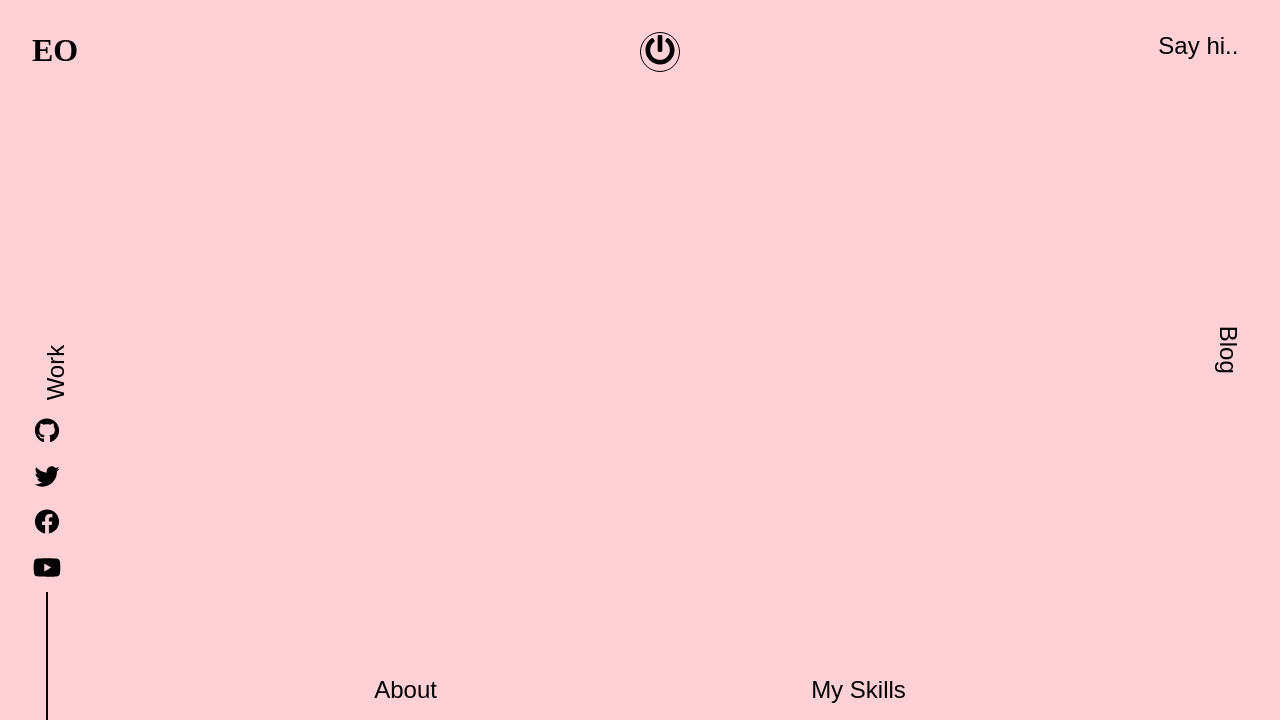
Repository: Deonorla/deon-dev
Page: /main
An editor plug-in stored every save of this project. The page is shown before and after the next save, followed by the edit.
The browser window is 1280 px wide. The pictures show the whole page.
The project was rebuilt for these pictures with package versions that can differ from the ones it lists, and the page was loaded fresh each time. The framework's server and built-in components were replaced by stand-ins that run in the browser. Also part of the build but not shown: next.config.ts.

Above is the page before, as saved 2025-05-28 13:58:52.

### src/app/layout.tsx
import ClientRootLayout from "./ClientRootLayout";
export const metadata = {
  title: "Deon",
  description: "Deon's personal portfolio website",
};

export default function RootLayout({
  children,
}: {
  children: React.ReactNode;
}) {
  return <ClientRootLayout>{children}</ClientRootLayout>;
}

### src/app/main/page.tsx
"use client";

import PowerButton from "@/components/Button/PowerButton";
import LogoComponent from "@/components/Minor/Logo";
import Socials from "@/components/Minor/Socials";
import Link from "next/link";
import styled from "styled-components";

const MainContainer = styled.div`
  background: ${(props) => props.theme.body};
  width: 100vw;
  height: 100vh;
  overflow: hidden;
  position: relative;

  h2,
  h3,
  h4,
  h5,
  h6 {
    font-family: "Karla", sans-serif;
    font-weight: 500;
  }
`;

const Container = styled.div`
  padding: 2rem;
`;

const Contact = styled(Link)`
  color: ${(props) => props.theme.text};
  position: absolute;
  top: 2rem;

  right: calc(1rem + 2vw);
  text-decoration: none;
  z-index: 1;
`;
const Blog = styled(Link)`
  color: ${(props) => props.theme.text};
  position: absolute;
  top: 50%;
  transform: rotate(90deg) translate(-50%, -50%);
  right: calc(1rem + 2vw);
  text-decoration: none;
  z-index: 1;
`;
const Work = styled(Link)`
  color: ${(props) => props.theme.text};
  position: absolute;
  top: 46%;
  transform: rotate(-90deg) translate(-50%, -50%);
  left: calc(1rem + 2vw);
  text-decoration: none;
  z-index: 1;
`;
const BottomBar = styled.div`
  position: absolute;
  bottom: 1rem;
  left: 0;
  right: 0;
  width: 100%;

  display: flex;
  justify-content: space-evenly;
`;
const About = styled(Link)`
  color: ${(props) => props.theme.text};
  text-decoration: none;
  z-index: 1;
`;
const Skills = styled(Link)`
  color: ${(props) => props.theme.text};
  text-decoration: none;
  z-index: 1;
`;

const Main = () => {
  return (
    <MainContainer>
      <Container>
        <PowerButton />
        <LogoComponent />
        <Socials />
        <Contact target="_blank" href="mailto:deonoluleye@gmail.com">
          <h2>Say hi..</h2>
        </Contact>
        <Blog href="/blog">
          <h2>Blog</h2>
        </Blog>
        <Work href="/work">
          <h2>Work</h2>
        </Work>
        <BottomBar>
          <About href="/about">
            <h2>About</h2>
          </About>
          <Skills href="/Skills">
            <h2>My Skills</h2>
          </Skills>
        </BottomBar>
      </Container>
    </MainContainer>
  );
};

export default Main;

### src/app/ClientRootLayout.tsx
"use client";

import { Geist, Geist_Mono } from "next/font/google";
import { ThemeProvider } from "styled-components";
import GlobalStyle from "./globalStyles";
import "../../node_modules/normalize.css";
import { lightTheme } from "@/components/Minor/theme/Themes";

const geistSans = Geist({
  variable: "--font-geist-sans",
  subsets: ["latin"],
});

const geistMono = Geist_Mono({
  variable: "--font-geist-mono",
  subsets: ["latin"],
});

export default function ClientRootLayout({
  children,
}: {
  children: React.ReactNode;
}) {
  return (
    <html lang="en">
      <body>
        <ThemeProvider theme={lightTheme}>
          <GlobalStyle />
          {children}
        </ThemeProvider>
      </body>
    </html>
  );
}

### src/components/Button/PowerButton/index.tsx
"use client";
import { PowerBtn } from "@/components/Minor/SvgPack/AllSvgs";
import Image from "next/image";
import Link from "next/link";
import styled from "styled-components";

const Power = styled.button`
  position: fixed;
  top: 2rem;
  left: 50%;
  transform: translateX(-50%, 0);

  background-color: #ffd0d5;
  padding: 0.3rem;
  border-radius: 50%;
  border: 1px solid #000;
  width: 2.5rem;
  height: 2.5rem;

  display: flex;
  justify-content: center;
  align-items: center;
  z-index: 3;

  cursor: pointer;

  &:hover {
    background-color: rgba(0, 255, 0, 0.4);
    box-shadow: 0 0 8px 6px rgba(0, 255, 0, 0.2);
  }

  & > *:first-child {
    text-decoration: none;
    color: inherit;
  }
`;

const PowerButton = () => {
  return (
    <Power>
      <Link href="/">
        <PowerBtn width={30} height={30} fill="currentColor" />
      </Link>
    </Power>
  );
};

export default PowerButton;

### src/components/Minor/Logo/index.tsx
import React from "react";
import styled from "styled-components";

const Logo = styled.h1`
  display: inline-block;
  color: ${(prop) => prop.theme.text};
  font-family: "pacifico", cursive;

  position: fixed;
  left: 2rem;
  top: 2rem;
  z-index: 3;
`;

const LogoComponent = () => {
  return (
    <div>
      <Logo>EO</Logo>
    </div>
  );
};

export default LogoComponent;

### src/components/Minor/Socials/index.tsx
import Link from "next/link";
import React from "react";
import styled from "styled-components";
import { Facebook, Github, Twitter, YouTube } from "../SvgPack/AllSvgs";

const Icons = styled.div`
  display: flex;
  flex-direction: column;
  align-items: center;

  position: fixed;
  bottom: 0;
  left: 2rem;

  z-index: 3;

  & > *:not(:last-child) {
    margin: 0.5rem 0;
  }
`;

const Line = styled.span`
  width: 2px;
  height: 8rem;
  background-color: ${(props) => props.theme.text};
`;

const Socials = () => {
  return (
    <Icons>
      <div>
        <Link
          style={{ color: "inherit" }}
          target="_blank"
          href="https://github.com/deonorla"
        >
          <Github width={30} height={25} fill="currentColor" />
        </Link>
      </div>
      <div>
        <Link
          style={{ color: "inherit" }}
          target="_blank"
          href="https://x.com/DeonAtricks"
        >
          <Twitter width={30} height={25} fill="currentColor" />
        </Link>
      </div>
      <div>
        <Link style={{ color: "inherit" }} target="_blank" href="https://">
          <Facebook width={30} height={25} fill="currentColor" />
        </Link>
      </div>
      <div>
        <Link style={{ color: "inherit" }} target="_blank" href="https://">
          <YouTube width={30} height={25} fill="currentColor" />
        </Link>
      </div>
      <Line />
    </Icons>
  );
};

export default Socials;

### src/app/globalStyles.ts
import { createGlobalStyle } from "styled-components";

const GlobalStyle = createGlobalStyle`

*,*::before,*::after, h1, h2, h3, h4, h5, h6 {
  margin: 0;
  padding: 0;
}

h1, h2, h3, h4, h5, h6 {
display: inline-block;
}

body {
    margin: 0;
    padding: 0;
    overflow-x: hidden;
    font-family: "Source Sans Pro", sans-serif;
 }
`;

export default GlobalStyle;

### src/components/Minor/theme/Themes.ts
export interface MyTheme {
  body: string;
  text: string;
  fontFamily: string;
  bodyRgba: string;
  textRgba: string;
}

export const lightTheme = {
  body: "#FFD0D5",
  text: "#000000",
  fontFamily: "'Source Sans Pro', sans-serif",
  bodyRgba: "252, 246, 244",
  textRgba: "0,0,0",
};

export const darkTheme = {
  body: "#000000",
  text: "#FFD0D5",
  fontFamily: "'Source Sans Pro', sans-serif",
  bodyRgba: "0,0,0",
  textRgba: "252, 246, 244",
};

### src/components/Minor/SvgPack/AllSvgs.tsx
// components/PowerBtn.tsx
import React from "react";

interface Props extends React.SVGProps<SVGSVGElement> {
  fill?: string;
}

export const PowerBtn: React.FC<Props> = (props) => {
  return (
    <svg
      aria-hidden="true"
      data-prefix="fas"
      data-icon="power-off"
      className="svg-inline--fa fa-power-off fa-w-16"
      xmlns="http://www.w3.org/2000/svg"
      viewBox="0 0 512 512"
      {...props}
    >
      <path
        fill={props.fill || "currentColor"}
        d="M400 54.1c63 45 104 118.6 104 201.9 0 136.8-110.8 247.7-247.5 248C120 504.3 8.2 393 8 256.4 7.9 173.1 48.9 99.3 111.8 54.2c11.7-8.3 28-4.8 35 7.7L162.6 90c5.9 10.5 3.1 23.8-6.6 31-41.5 30.8-68 79.6-68 134.9-.1 92.3 74.5 168.1 168 168.1 91.6 0 168.6-74.2 168-169.1-.3-51.8-24.7-101.8-68.1-134-9.7-7.2-12.4-20.5-6.5-30.9l15.8-28.1c7-12.4 23.2-16.1 34.8-7.8zM296 264V24c0-13.3-10.7-24-24-24h-32c-13.3 0-24 10.7-24 24v240c0 13.3 10.7 24 24 24h32c13.3 0 24-10.7 24-24z"
      />
    </svg>
  );
};

export const Github: React.FC<Props> = (props) => {
  return (
    <svg
      aria-hidden="true"
      data-prefix="fab"
      data-icon="github"
      className="prefix__svg-inline--fa prefix__fa-github prefix__fa-w-16"
      xmlns="http://www.w3.org/2000/svg"
      viewBox="0 0 496 512"
      {...props}
    >
      <path
        fill={props.fill}
        d="M165.9 397.4c0 2-2.3 3.6-5.2 3.6-3.3.3-5.6-1.3-5.6-3.6 0-2 2.3-3.6 5.2-3.6 3-.3 5.6 1.3 5.6 3.6zm-31.1-4.5c-.7 2 1.3 4.3 4.3 4.9 2.6 1 5.6 0 6.2-2s-1.3-4.3-4.3-5.2c-2.6-.7-5.5.3-6.2 2.3zm44.2-1.7c-2.9.7-4.9 2.6-4.6 4.9.3 2 2.9 3.3 5.9 2.6 2.9-.7 4.9-2.6 4.6-4.6-.3-1.9-3-3.2-5.9-2.9zM244.8 8C106.1 8 0 113.3 0 252c0 110.9 69.8 205.8 169.5 239.2 12.8 2.3 17.3-5.6 17.3-12.1 0-6.2-.3-40.4-.3-61.4 0 0-70 15-84.7-29.8 0 0-11.4-29.1-27.8-36.6 0 0-22.9-15.7 1.6-15.4 0 0 24.9 2 38.6 25.8 21.9 38.6 58.6 27.5 72.9 20.9 2.3-16 8.8-27.1 16-33.7-55.9-6.2-112.3-14.3-112.3-110.5 0-27.5 7.6-41.3 23.6-58.9-2.6-6.5-11.1-33.3 2.6-67.9 20.9-6.5 69 27 69 27 20-5.6 41.5-8.5 62.8-8.5s42.8 2.9 62.8 8.5c0 0 48.1-33.6 69-27 13.7 34.7 5.2 61.4 2.6 67.9 16 17.7 25.8 31.5 25.8 58.9 0 96.5-58.9 104.2-114.8 110.5 9.2 7.9 17 22.9 17 46.4 0 33.7-.3 75.4-.3 83.6 0 6.5 4.6 14.4 17.3 12.1C428.2 457.8 496 362.9 496 252 496 113.3 383.5 8 244.8 8zM97.2 352.9c-1.3 1-1 3.3.7 5.2 1.6 1.6 3.9 2.3 5.2 1 1.3-1 1-3.3-.7-5.2-1.6-1.6-3.9-2.3-5.2-1zm-10.8-8.1c-.7 1.3.3 2.9 2.3 3.9 1.6 1 3.6.7 4.3-.7.7-1.3-.3-2.9-2.3-3.9-2-.6-3.6-.3-4.3.7zm32.4 35.6c-1.6 1.3-1 4.3 1.3 6.2 2.3 2.3 5.2 2.6 6.5 1 1.3-1.3.7-4.3-1.3-6.2-2.2-2.3-5.2-2.6-6.5-1zm-11.4-14.7c-1.6 1-1.6 3.6 0 5.9 1.6 2.3 4.3 3.3 5.6 2.3 1.6-1.3 1.6-3.9 0-6.2-1.4-2.3-4-3.3-5.6-2z"
      />
    </svg>
  );
};

export const Twitter: React.FC<Props> = (props) => {
  return (
    <svg
      aria-hidden="true"
      data-prefix="fab"
      data-icon="twitter"
      className="prefix__svg-inline--fa prefix__fa-twitter prefix__fa-w-16"
      xmlns="http://www.w3.org/2000/svg"
      viewBox="0 0 512 512"
      {...props}
    >
      <path
        fill={props.fill}
        d="M459.37 151.716c.325 4.548.325 9.097.325 13.645 0 138.72-105.583 298.558-298.558 298.558-59.452 0-114.68-17.219-161.137-47.106 8.447.974 16.568 1.299 25.34 1.299 49.055 0 94.213-16.568 130.274-44.832-46.132-.975-84.792-31.188-98.112-72.772 6.498.974 12.995 1.624 19.818 1.624 9.421 0 18.843-1.3 27.614-3.573-48.081-9.747-84.143-51.98-84.143-102.985v-1.299c13.969 7.797 30.214 12.67 47.431 13.319-28.264-18.843-46.781-51.005-46.781-87.391 0-19.492 5.197-37.36 14.294-52.954 51.655 63.675 129.3 105.258 216.365 109.807-1.624-7.797-2.599-15.918-2.599-24.04 0-57.828 46.782-104.934 104.934-104.934 30.213 0 57.502 12.67 76.67 33.137 23.715-4.548 46.456-13.32 66.599-25.34-7.798 24.366-24.366 44.833-46.132 57.827 21.117-2.273 41.584-8.122 60.426-16.243-14.292 20.791-32.161 39.308-52.628 54.253z"
      />
    </svg>
  );
};

export const Facebook: React.FC<Props> = (props) => {
  return (
    <svg
      aria-hidden="true"
      data-prefix="fab"
      data-icon="facebook"
      className="prefix__svg-inline--fa prefix__fa-facebook prefix__fa-w-16"
      xmlns="http://www.w3.org/2000/svg"
      viewBox="0 0 512 512"
      {...props}
    >
      <path
        fill={props.fill}
        d="M504 256C504 119 393 8 256 8S8 119 8 256c0 123.78 90.69 226.38 209.25 245V327.69h-63V256h63v-54.64c0-62.15 37-96.48 93.67-96.48 27.14 0 55.52 4.84 55.52 4.84v61h-31.28c-30.8 0-40.41 19.12-40.41 38.73V256h68.78l-11 71.69h-57.78V501C413.31 482.38 504 379.78 504 256z"
      />
    </svg>
  );
};

export const YouTube: React.FC<Props> = (props) => {
  return (
    <svg
      aria-hidden="true"
      data-prefix="fab"
      data-icon="youtube"
      className="prefix__svg-inline--fa prefix__fa-youtube prefix__fa-w-18"
      xmlns="http://www.w3.org/2000/svg"
      viewBox="0 0 576 512"
      {...props}
    >
      <path
        fill={props.fill}
        d="M549.655 124.083c-6.281-23.65-24.787-42.276-48.284-48.597C458.781 64 288 64 288 64S117.22 64 74.629 75.486c-23.497 6.322-42.003 24.947-48.284 48.597-11.412 42.867-11.412 132.305-11.412 132.305s0 89.438 11.412 132.305c6.281 23.65 24.787 41.5 48.284 47.821C117.22 448 288 448 288 448s170.78 0 213.371-11.486c23.497-6.321 42.003-24.171 48.284-47.821 11.412-42.867 11.412-132.305 11.412-132.305s0-89.438-11.412-132.305zm-317.51 213.508V175.185l142.739 81.205-142.739 81.201z"
      />
    </svg>
  );
};

export const YinYang: React.FC<Props> = (props) => {
  return (
    <svg
      aria-hidden="true"
      data-prefix="fas"
      data-icon="yin-yang"
      className="prefix__svg-inline--fa prefix__fa-yin-yang prefix__fa-w-16"
      xmlns="http://www.w3.org/2000/svg"
      viewBox="0 0 496 512"
      {...props}
    >
      <path
        fill={props.fill}
        d="M248 8C111.03 8 0 119.03 0 256s111.03 248 248 248 248-111.03 248-248S384.97 8 248 8zm0 376c-17.67 0-32-14.33-32-32s14.33-32 32-32 32 14.33 32 32-14.33 32-32 32zm0-128c-53.02 0-96 42.98-96 96s42.98 96 96 96c-106.04 0-192-85.96-192-192S141.96 64 248 64c53.02 0 96 42.98 96 96s-42.98 96-96 96zm0-128c-17.67 0-32 14.33-32 32s14.33 32 32 32 32-14.33 32-32-14.33-32-32-32z"
      />
    </svg>
  );
};

export const Anchor: React.FC<Props> = (props) => {
  return (
    <svg
      aria-hidden="true"
      data-prefix="fas"
      data-icon="anchor"
      className="prefix__svg-inline--fa prefix__fa-anchor prefix__fa-w-18"
      xmlns="http://www.w3.org/2000/svg"
      viewBox="0 0 576 512"
      {...props}
    >
      <path
        fill={props.fill}
        d="M12.971 352h32.394C67.172 454.735 181.944 512 288 512c106.229 0 220.853-57.38 242.635-160h32.394c10.691 0 16.045-12.926 8.485-20.485l-67.029-67.029c-4.686-4.686-12.284-4.686-16.971 0l-67.029 67.029c-7.56 7.56-2.206 20.485 8.485 20.485h35.146c-20.29 54.317-84.963 86.588-144.117 94.015V256h52c6.627 0 12-5.373 12-12v-40c0-6.627-5.373-12-12-12h-52v-5.47c37.281-13.178 63.995-48.725 64-90.518C384.005 43.772 341.605.738 289.37.01 235.723-.739 192 42.525 192 96c0 41.798 26.716 77.35 64 90.53V192h-52c-6.627 0-12 5.373-12 12v40c0 6.627 5.373 12 12 12h52v190.015c-58.936-7.399-123.82-39.679-144.117-94.015h35.146c10.691 0 16.045-12.926 8.485-20.485l-67.029-67.029c-4.686-4.686-12.284-4.686-16.971 0L4.485 331.515C-3.074 339.074 2.28 352 12.971 352zM288 64c17.645 0 32 14.355 32 32s-14.355 32-32 32-32-14.355-32-32 14.355-32 32-32z"
      />
    </svg>
  );
};

export const Link: React.FC<Props> = (props) => {
  return (
    <svg
      aria-hidden="true"
      data-prefix="fas"
      data-icon="link"
      className="prefix__svg-inline--fa prefix__fa-link prefix__fa-w-16"
      xmlns="http://www.w3.org/2000/svg"
      viewBox="0 0 512 512"
      {...props}
    >
      <path
        fill={props.fill}
        d="M326.612 185.391c59.747 59.809 58.927 155.698.36 214.59-.11.12-.24.25-.36.37l-67.2 67.2c-59.27 59.27-155.699 59.262-214.96 0-59.27-59.26-59.27-155.7 0-214.96l37.106-37.106c9.84-9.84 26.786-3.3 27.294 10.606.648 17.722 3.826 35.527 9.69 52.721 1.986 5.822.567 12.262-3.783 16.612l-13.087 13.087c-28.026 28.026-28.905 73.66-1.155 101.96 28.024 28.579 74.086 28.749 102.325.51l67.2-67.19c28.191-28.191 28.073-73.757 0-101.83-3.701-3.694-7.429-6.564-10.341-8.569a16.037 16.037 0 01-6.947-12.606c-.396-10.567 3.348-21.456 11.698-29.806l21.054-21.055c5.521-5.521 14.182-6.199 20.584-1.731a152.482 152.482 0 0120.522 17.197zM467.547 44.449c-59.261-59.262-155.69-59.27-214.96 0l-67.2 67.2c-.12.12-.25.25-.36.37-58.566 58.892-59.387 154.781.36 214.59a152.454 152.454 0 0020.521 17.196c6.402 4.468 15.064 3.789 20.584-1.731l21.054-21.055c8.35-8.35 12.094-19.239 11.698-29.806a16.037 16.037 0 00-6.947-12.606c-2.912-2.005-6.64-4.875-10.341-8.569-28.073-28.073-28.191-73.639 0-101.83l67.2-67.19c28.239-28.239 74.3-28.069 102.325.51 27.75 28.3 26.872 73.934-1.155 101.96l-13.087 13.087c-4.35 4.35-5.769 10.79-3.783 16.612 5.864 17.194 9.042 34.999 9.69 52.721.509 13.906 17.454 20.446 27.294 10.606l37.106-37.106c59.271-59.259 59.271-155.699.001-214.959z"
      />
    </svg>
  );
};

export const Design: React.FC<Props> = (props) => {
  return (
    <svg
      aria-hidden="true"
      data-prefix="fas"
      data-icon="palette"
      className="prefix__svg-inline--fa prefix__fa-palette prefix__fa-w-16"
      xmlns="http://www.w3.org/2000/svg"
      viewBox="0 0 512 512"
      {...props}
    >
      <path
        fill={props.fill}
        d="M204.3 5C104.9 24.4 24.8 104.3 5.2 203.4c-37 187 131.7 326.4 258.8 306.7 41.2-6.4 61.4-54.6 42.5-91.7-23.1-45.4 9.9-98.4 60.9-98.4h79.7c35.8 0 64.8-29.6 64.9-65.3C511.5 97.1 368.1-26.9 204.3 5zM96 320c-17.7 0-32-14.3-32-32s14.3-32 32-32 32 14.3 32 32-14.3 32-32 32zm32-128c-17.7 0-32-14.3-32-32s14.3-32 32-32 32 14.3 32 32-14.3 32-32 32zm128-64c-17.7 0-32-14.3-32-32s14.3-32 32-32 32 14.3 32 32-14.3 32-32 32zm128 64c-17.7 0-32-14.3-32-32s14.3-32 32-32 32 14.3 32 32-14.3 32-32 32z"
      />
    </svg>
  );
};

export const Developer: React.FC<Props> = (props) => {
  return (
    <svg
      aria-hidden="true"
      data-prefix="fas"
      data-icon="laptop-code"
      className="prefix__svg-inline--fa prefix__fa-laptop-code prefix__fa-w-20"
      xmlns="http://www.w3.org/2000/svg"
      viewBox="0 0 640 512"
      {...props}
    >
      <path
        fill={props.fill}
        d="M255.03 261.65c6.25 6.25 16.38 6.25 22.63 0l11.31-11.31c6.25-6.25 6.25-16.38 0-22.63L253.25 192l35.71-35.72c6.25-6.25 6.25-16.38 0-22.63l-11.31-11.31c-6.25-6.25-16.38-6.25-22.63 0l-58.34 58.34c-6.25 6.25-6.25 16.38 0 22.63l58.35 58.34zm96.01-11.3l11.31 11.31c6.25 6.25 16.38 6.25 22.63 0l58.34-58.34c6.25-6.25 6.25-16.38 0-22.63l-58.34-58.34c-6.25-6.25-16.38-6.25-22.63 0l-11.31 11.31c-6.25 6.25-6.25 16.38 0 22.63L386.75 192l-35.71 35.72c-6.25 6.25-6.25 16.38 0 22.63zM624 416H381.54c-.74 19.81-14.71 32-32.74 32H288c-18.69 0-33.02-17.47-32.77-32H16c-8.8 0-16 7.2-16 16v16c0 35.2 28.8 64 64 64h512c35.2 0 64-28.8 64-64v-16c0-8.8-7.2-16-16-16zM576 48c0-26.4-21.6-48-48-48H112C85.6 0 64 21.6 64 48v336h512V48zm-64 272H128V64h384v256z"
      />
    </svg>
  );
};

After the next save:
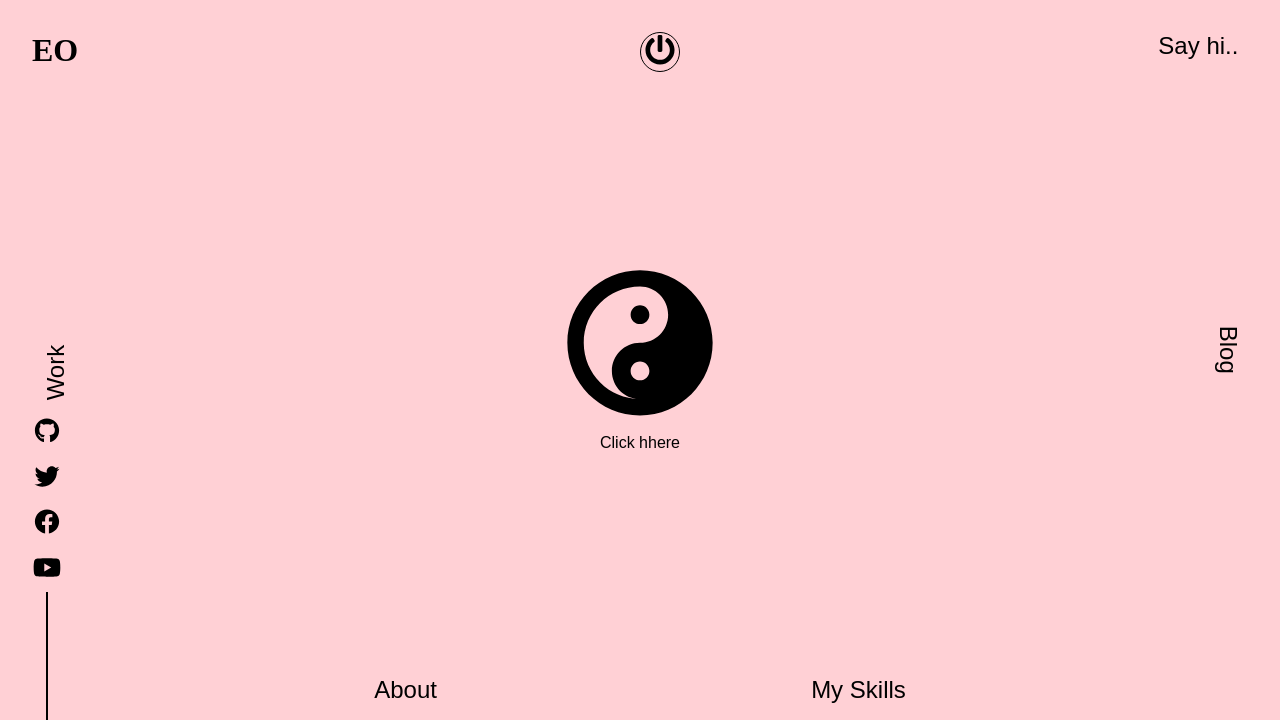
Saved 4 min 27 s later.
--- a/src/app/main/page.tsx
+++ b/src/app/main/page.tsx
@@ -3,6 +3,7 @@
 import PowerButton from "@/components/Button/PowerButton";
 import LogoComponent from "@/components/Minor/Logo";
 import Socials from "@/components/Minor/Socials";
+import { YinYang } from "@/components/Minor/SvgPack/AllSvgs";
 import Link from "next/link";
 import styled from "styled-components";
 
@@ -75,6 +76,26 @@
   z-index: 1;
 `;
 
+const Center = styled.button`
+  position: absolute;
+  top: 50%;
+  left: 50%;
+  transform: translate(-50%, -50%);
+  border: none;
+  outline: none;
+  background-color: transparent;
+  cursor: pointer;
+
+  display: flex;
+  flex-direction: column;
+  justify-content: center;
+  align-items: center;
+
+  & > :last-child {
+    padding-top: 1rem;
+  }
+`;
+
 const Main = () => {
   return (
     <MainContainer>
@@ -82,6 +103,10 @@
         <PowerButton />
         <LogoComponent />
         <Socials />
+        <Center>
+          <YinYang width={150} height={150} fill="currentColor" />
+          <span>Click hhere</span>
+        </Center>
         <Contact target="_blank" href="mailto:deonoluleye@gmail.com">
           <h2>Say hi..</h2>
         </Contact>
